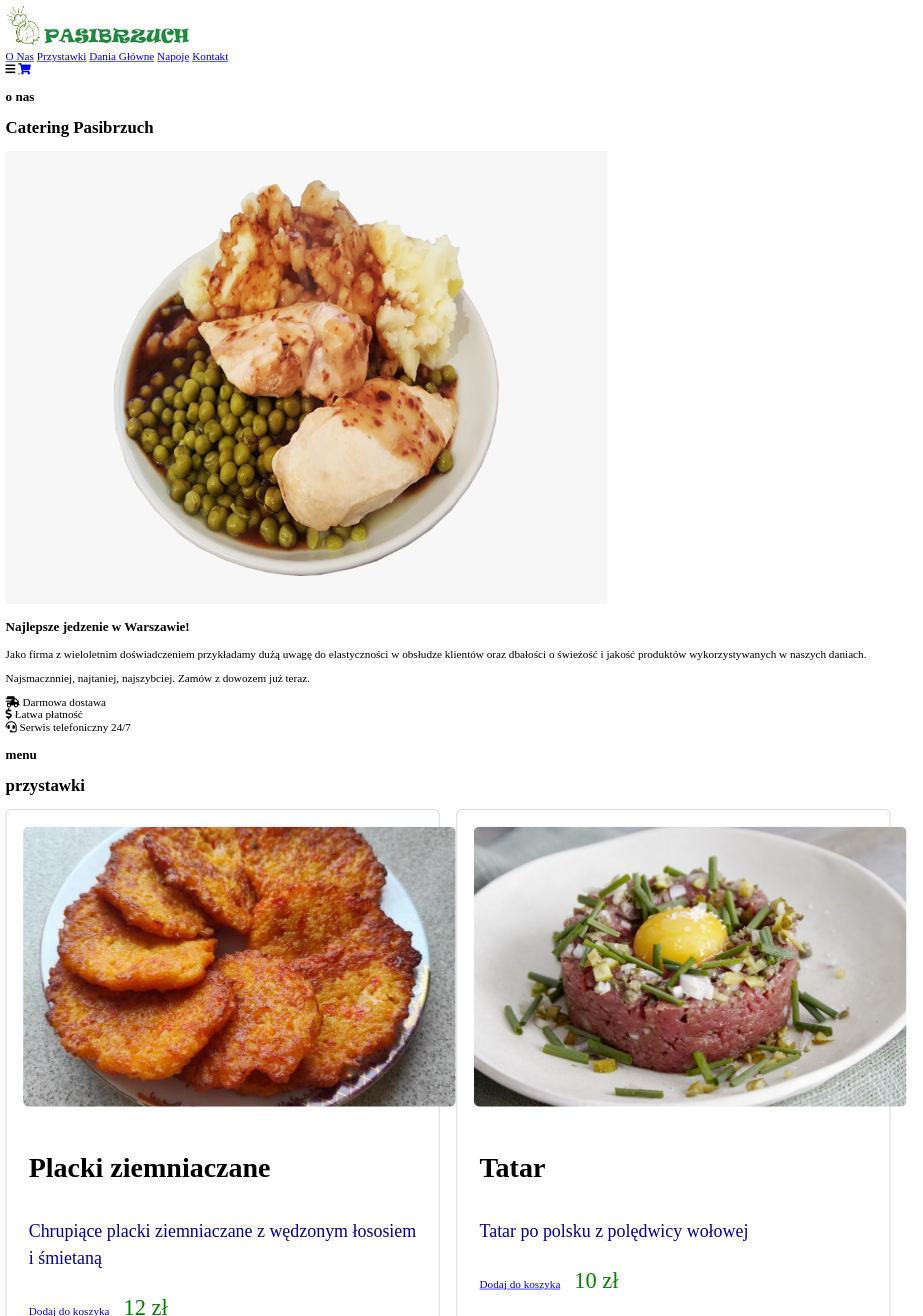
Repository: bartlomiejcichewicz/pasibrzuch
Page: index.html
The author's editor kept a copy of each file at every save. The page is drawn from the files as they stood at one save, then again after the next save.
The browser window is 1280 px wide. The page is 1319 px wide, so the pictures cover 1319 px, including what lies to the right of the window. The pictures show the part of the page from y = 0 to 1880 px (the page is 9086 px tall before and 9796 px after), at 70% of full size.

Above is the page before, as saved 2022-02-22 13:27:44.
Not found: css/style.css

### index.html
<!DOCTYPE html>
<html lang="pl-PL">
<head>
    <meta charset="utf-8">
    <meta name="viewport" content="width=device-width, initial-scale=1.0">
    <title>Pasibrzuch</title>
    <link rel="stylesheet" href="https://cdnjs.cloudflare.com/ajax/libs/font-awesome/5.15.3/css/all.min.css">
    <link rel="stylesheet" href="css/menu.css">
    <link rel="stylesheet" href="css/footer.css">
    <link rel="stylesheet" href="css/style.css">

</head>
<body>

<header>

    <a href="#" class="logo"><img src="./images/logo.jpg"></a>

    <nav class="navbar">
        <a href="#">O Nas</a>
        <a href="#appetizers">Przystawki</a>
        <a href="#maincourse">Dania Główne</a>
        <a href="#drinks">Napoje</a>
        <a href="#contact">Kontakt</a>
    </nav>

    <div class="icons">
        <i class="fas fa-bars" id="menu-bars"></i>
        <a href="#" class="fas fa-shopping-cart"></a>
    </div>

</header>

<section class="about" id="about">

    <h3 class="sub-heading">o nas</h3>
    <h1 class="heading">Catering Pasibrzuch</h1>

    <div class="row">

        <div class="image">
            <img src="images/about-img.png" alt="">
        </div>

        <div class="content">
            <h3>Najlepsze jedzenie w Warszawie!</h3>
            <p>Jako firma z wieloletnim doświadczeniem przykładamy dużą uwagę do elastyczności w obsłudze klientów oraz dbałości o świeżość i jakość produktów wykorzystywanych w naszych daniach.</p>
            <p>Najsmacznniej, najtaniej, najszybciej. Zamów z dowozem już teraz.</p>
            <div class="icons-container">
                <div class="icons">
                    <i class="fas fa-shipping-fast"></i>
                    <span>Darmowa dostawa</span>
                </div>
                <div class="icons">
                    <i class="fas fa-dollar-sign"></i>
                    <span>Łatwa płatność</span>
                </div>
                <div class="icons">
                    <i class="fas fa-headset"></i>
                    <span>Serwis telefoniczny 24/7</span>
                </div>
            </div>
        </div>

    </div>

</section>

<section class="menu" id="appetizers">

    <h3 class="sub-heading">menu</h3>
    <h1 class="heading">przystawki</h1>

    <div class="box-container">

        <div class="box">
            <div class="image">
                <img src="images/menu-1.jpg" alt="">
            </div>
            <div class="content">
                <h3>Placki ziemniaczane</h3>
                <p>Chrupiące placki ziemniaczane z wędzonym łososiem i śmietaną</p>
                <a href="#" class="btn">Dodaj do koszyka</a>
                <span class="price">12 zł</span>
            </div>
        </div>

        <div class="box">
            <div class="image">
                <img src="images/menu-2.jpeg" alt="">
            </div>
            <div class="content">
                <h3>Tatar</h3>
                <p>Tatar po polsku z polędwicy wołowej</p>
                <a href="#" class="btn">Dodaj do koszyka</a>
                <span class="price">10 zł</span>
            </div>
        </div>

        <div class="box">
            <div class="image">
                <img src="images/menu-3.jpeg" alt="">
            </div>
            <div class="content">
                <h3>Śledź marynowany</h3>
                <p>Śledź marynowany z kwaśną śmietaną, jabłkiem i porem</p>
                <a href="#" class="btn">Dodaj do koszyka</a>
                <span class="price">13 zł</span>
            </div>
        </div>

        <div class="box">
            <div class="image">
                <img src="images/menu-4.jpg" alt="">
            </div>
            <div class="content">
                <h3>Nóżki wieprzowe</h3>
                <p>Nóżki wieprzowe w galarecie ze świeżo tartym chrzanem</p>
                <a href="#" class="btn">Dodaj do koszyka</a>
                <span class="price">15 zł</span>
            </div>
        </div>

        <div class="box">
            <div class="image">
                <img src="images/menu-5.jpg" alt="">
            </div>
            <div class="content">
                <h3>Pasztet</h3>
                <p>Pasztet z dziczyzny w wianku domowych marynat</p>
                <a href="#" class="btn">Dodaj do koszyka</a>
                <span class="price">18 zł</span>
            </div>
        </div>

    </div>

</section>

<section class="menu" id="maincourse">

    <h3 class="sub-heading">menu</h3>
    <h1 class="heading">dania główne</h1>

    <div class="box-container">

        <div class="box">
            <div class="image">
                <img src="images/menu-6.jpg" alt="">
            </div>
            <div class="content">
                <h3>Comber jagnięcy</h3>
                <p>Comber jagnięcy z soczewicą, warzywami i rozmarynem</p>
                <a href="#" class="btn">Dodaj do koszyka</a>
                <span class="price">42 zł</span>
            </div>
        </div>

        <div class="box">
            <div class="image">
                <img src="images/menu-7.jpg" alt="">
            </div>
            <div class="content">
                <h3>Stek</h3>
                <p>Stek z polędwicy wołowej z sosem porto i warzywami</p>
                <a href="#" class="btn">Dodaj do koszyka</a>
                <span class="price">40 zł</span>
            </div>
        </div>

        <div class="box">
            <div class="image">
                <img src="images/menu-8.jpg" alt="">
            </div>
            <div class="content">
                <h3>Policzki wieprzowe</h3>
                <p>Policzki wieprzowe z kluseczkami, buraczkami i tartym chrzanem</p>
                <a href="#" class="btn">Dodaj do koszyka</a>
                <span class="price">28zł</span>
            </div>
        </div>

        <div class="box">
            <div class="image">
                <img src="images/menu-9.jpg" alt="">
            </div>
            <div class="content">
                <h3>Filet z sandacza</h3>
                <p>Filet z sandacza z kremowym sosem z borowików</p>
                <a href="#" class="btn">Dodaj do koszyka</a>
                <span class="price">30zł</span>
            </div>
        </div>

        <div class="box">
            <div class="image">
                <img src="images/menu-10.jpg" alt="">
            </div>
            <div class="content">
                <h3>Kaczka</h3>
                <p>Kaczka confit z kapustą, jabłuszkiem i żurawiną</p>
                <a href="#" class="btn">Dodaj do koszyka</a>
                <span class="price">50zł</span>
            </div>
        </div>

    </div>

</section>

<section class="menu" id="drinks">

    <h3 class="sub-heading">menu</h3>
    <h1 class="heading">napoje</h1>

    <div class="box-container">

        <div class="box">
            <div class="image">
                <img src="images/menu-11.jpg" alt="">
            </div>
            <div class="content">
                <h3>koktail gejpfrutowo-jabłkowy</h3>
                <p>grejpfrut, jabłko, imbir (200ml)</p>
                <a href="#" class="btn">Dodaj do koszyka</a>
                <span class="price">8 zł</span>
            </div>
        </div>

        <div class="box">
            <div class="image">
                <img src="images/menu-11.jpg" alt="">
            </div>
            <div class="content">
                <h3>koktail grejpfrutowo-truskawkowy</h3>
                <p>truskawki, grejpfrut, mięta (200ml)</p>
                <a href="#" class="btn">Dodaj do koszyka</a>
                <span class="price">8 zł</span>
            </div>
        </div>

        <div class="box">
            <div class="image">
                <img src="images/menu-11.jpg" alt="">
            </div>
            <div class="content">
                <h3>Koktail jabłkowo-truskawkowy</h3>
                <p>truskawki, jabłko, mięta (200ml)</p>
                <a href="#" class="btn">Dodaj do koszyka</a>
                <span class="price">8zł</span>
            </div>
        </div>

        <div class="box">
            <div class="image">
                <img src="images/menu-11.jpg" alt="">
            </div>
            <div class="content">
                <h3>Koktail bananowo-jabłkowy</h3>
                <p>banan, jabłko, imbir (200ml)</p>
                <a href="#" class="btn">Dodaj do koszyka</a>
                <span class="price">10zł</span>
            </div>
        </div>

        <div class="box">
            <div class="image">
                <img src="images/menu-11.jpg" alt="">
            </div>
            <div class="content">
                <h3>Koktail jabłkowo-pomarańczowy</h3>
                <p>jabłko, pomarańcza, imbir (200ml)</p>
                <a href="#" class="btn">Dodaj do koszyka</a>
                <span class="price">10zł</span>
            </div>
        </div>

    </div>

</section>

<section class="footer" id="contact">

    <div class="box-container">

        <div class="box">
            <h3>Lokalizacja</h3>
                <div class="mapouter">
                <div class="gmap_canvas">
                    <iframe id="gmap_canvas" src="https://maps.google.com/maps?q=warszawa%20kwitn%C4%85ca%2017&t=&z=17&ie=UTF8&iwloc=&output=embed" frameborder="0" scrolling="no" marginheight="0" marginwidth="0">
                    </iframe>
                </div>
            </div>
        </div>

        <div class="box">
            <h3>Kontakt</h3>
            <a>+48 777 333 111</a>
            <a>+48 777 333 222</a>
            <a>kontakt@pasibrzuch.pl</a>
            <a>ul. Kwitnąca 17</a>
            <a>01-926 Warszawa</a>
        </div>

        <div class="box">
            <h3>Śledź nas</h3>
            <a href="#">Facebook</a>
            <a href="#">Twitter</a>
            <a href="#">Instagram</a>
        </div>

        <div class="box">
            <h3>Nawigacja</h3>
            <a href="#">O Nas</a>
            <a href="#appetizers">Przystawki</a>
            <a href="#maincourse">Dania główne</a>
            <a href="#drinks">Napoje</a>
        </div>
    </div>

</section>

</body>
</html>

### css/menu.css
.menu .box-container{
    display: grid;
    grid-template-columns: repeat(auto-fit, minmax(30rem, 1fr));
    gap:1.5rem;
}

.menu .box-container .box{
    background: #fff;
    border:.1rem solid rgba(0,0,0,.2);
    border-radius: .5rem;
    box-shadow: grey;
}

.menu .box-container .box .image{
    height: 25rem;
    width: 100%;
    padding:1.5rem;
    overflow: hidden;
    position: relative;
}

.menu .box-container .box .image img{
    height: 100%;
    width: 100%;
    border-radius: .5rem;
    object-fit: cover;
}

.menu .box-container .box .image .fa-heart{
    position: absolute;
    top:2.5rem; right: 2.5rem;
    height: 5rem;
    width: 5rem;
    line-height: 5rem;
    text-align: center;
    font-size: 2rem;
    background: #fff;
    border-radius: 50%;
    color:black;
}

.menu .box-container .box .image .fa-heart:hover{
    background-color: green;
    color:#fff;
}

.menu .box-container .box .content{
    padding:2rem;
    padding-top: 0;
}

.menu .box-container .box .content .stars{
    padding-bottom: 1rem;
}

.menu .box-container .box .content .stars i{
   font-size: 1.7rem;
   color:green;
}

.menu .box-container .box .content h3{
    color:black;
    font-size: 2.5rem;
}

.menu .box-container .box .content p{
    color:darkblue;
    font-size: 1.6rem;
    padding:.5rem 0;
    line-height: 1.5;
}

.menu .box-container .box .content .price{
    color:green;
    margin-left: 1rem;
    font-size: 2rem;
}

### css/footer.css
.footer .box-container{
    display: grid;
    grid-template-columns: repeat(auto-fit, minmax(25rem, 1fr));
    gap:1.5rem;
}

.footer .box-container .box h3{
    padding:.5rem 0;
    font-size: 2.5rem;
    color: black;
}

.footer .box-container .box a{
    display: block;
    padding:.5rem 0;
    font-size: 1.5rem;
    color: darkblue;
}

.footer .box-container .box a:hover{
    color: green;
    text-decoration: underline;
}

.footer .credit{
    text-align: center;
    border-top: .1rem solid rgba(0,0,0,.1);
    font-size: 2rem;
    color: black;
    padding:.5rem;
    padding-top: 1.5rem;
    margin-top: 1.5rem;
}

.footer .credit span{
    color: green;
}

.mapouter {
    position: relative;
    text-align: right;
    height: 300px;
    width: 300px;
}

.gmap_canvas { overflow: hidden;
    background: none!important;
    height: 300px;
    width:300px;
}

iframe {
    width: 300px;
    height: 300px;
}

### css/about.css

.about .row{
    display: flex;
    flex-wrap: wrap;
    gap:1.5rem;
    align-items: center;
}

.about .row .image{
    flex:1 1 45rem;
}

.about .row .image img{
    width: 100%;
}

.about .row .content{
    flex:1 1 45rem;
}

.about .row .content h3{
    color:var(--black);
    font-size: 4rem;
    padding:.5rem 0;
}

.about .row .content p{
    color:var(--light-color);
    font-size: 1.5rem;
    padding:.5rem 0;
    line-height: 2;
}

.about .row .content .icons-container{
    display: flex;
    gap:1rem;
    flex-wrap: wrap;
    padding:1rem 0;
    margin-top: .5rem;
}

.about .row .content .icons-container .icons{
    background:#eee;
    border-radius: .5rem;
    border:.1rem solid rgba(0,0,0,.2);
    display: flex;
    align-items: center;
    justify-content: center;
    gap:1rem;
    flex:1 1 17rem;
    padding:1.5rem 1rem;
}

.about .row .content .icons-container .icons i{
    font-size: 2.5rem;
    color:var(--green);
}

.about .row .content .icons-container .icons span{
    font-size: 1.5rem;
    color:var(--black);
}

After the next save:
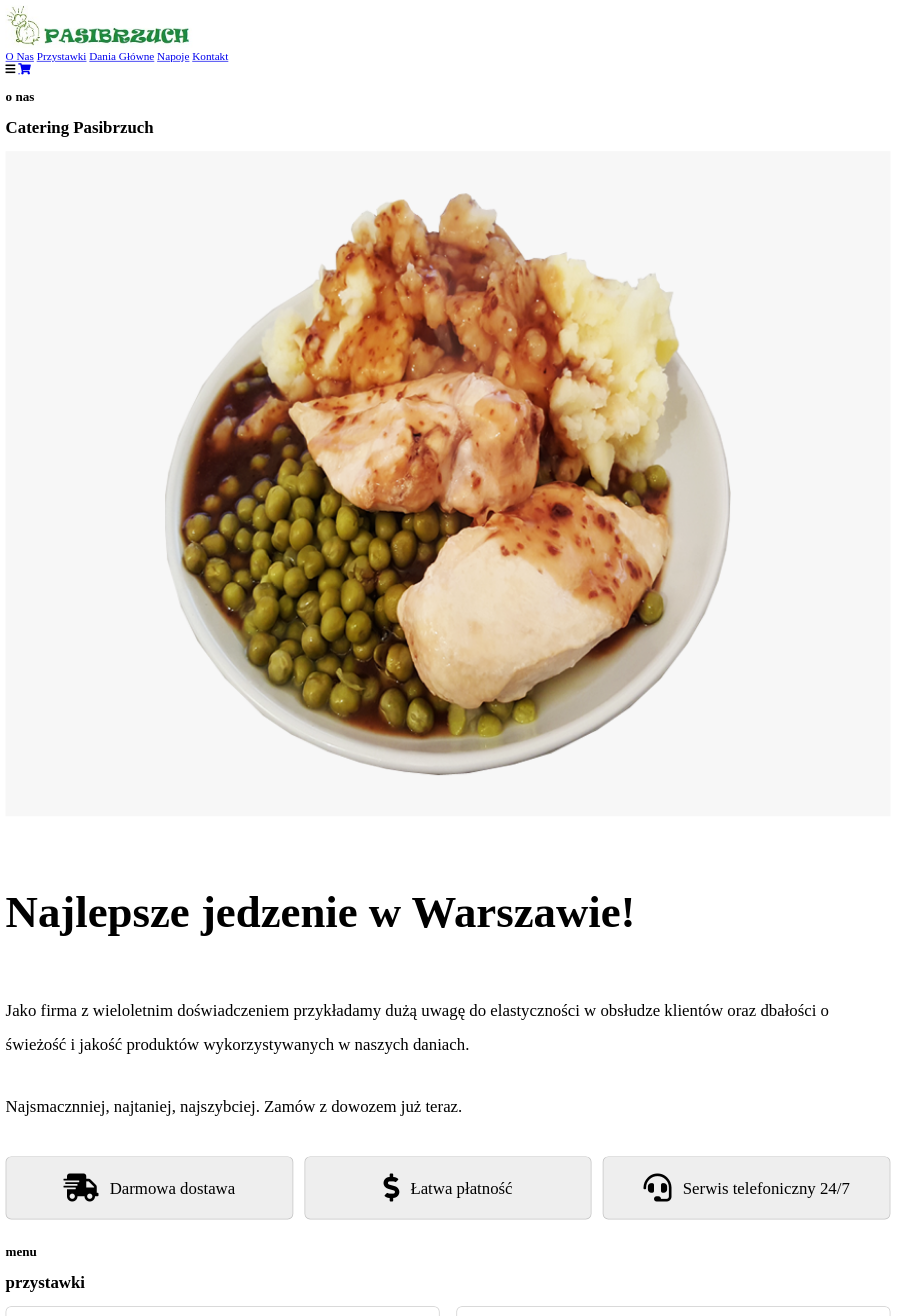
Saved 38 s later.
--- a/index.html
+++ b/index.html
@@ -5,6 +5,7 @@
     <meta name="viewport" content="width=device-width, initial-scale=1.0">
     <title>Pasibrzuch</title>
     <link rel="stylesheet" href="https://cdnjs.cloudflare.com/ajax/libs/font-awesome/5.15.3/css/all.min.css">
+    <link rel="stylesheet" href="css/about.css">
     <link rel="stylesheet" href="css/menu.css">
     <link rel="stylesheet" href="css/footer.css">
     <link rel="stylesheet" href="css/style.css">
